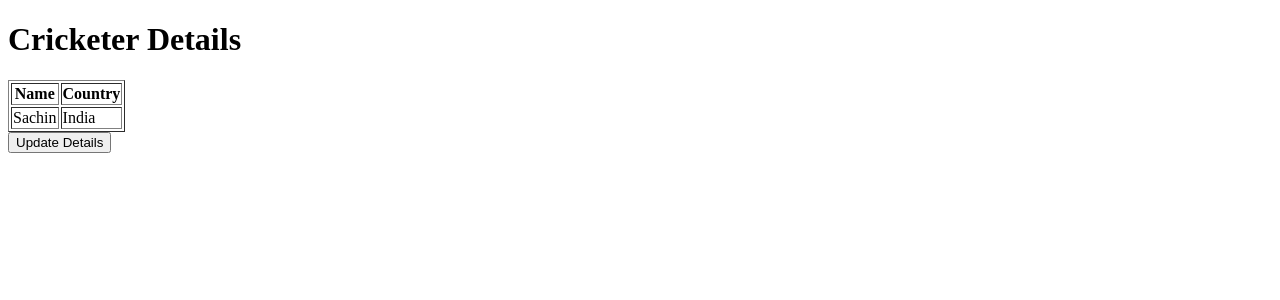
Repository: M-Anusha/Myprojects
Page: ajaxDemo/WebContent/Ajaxjson.html
The author's editor kept a copy of each file at every save. The page is drawn from the files as they stood at one save, then again after the next save.
The browser window is 1280 px wide. The pictures show the whole page.

Above is the page before, as saved 2015-08-17 09:55:33.

### ajaxDemo/WebContent/Ajaxjson.html
<!DOCTYPE html>
<html>
<head>
<meta charset="ISO-8859-1">
<title>Insert title here</title>
</head>
<script type="application/javascript">


function loadJSON()
{
	var data_file="data.json";
	var http_request=new XMLHttpRequest();

	if(window.XMLHttpRequest)	//Request obj creation
	{
		xmlhttp=new XMLHttpRequest();
	}
	else{
		xmlhttp=new ActiveXObject("Microsoft.XMLHTTP");
	}

	xmlhttp.onreadystatechange=function()	//Response obj creation
	{
		if(xmlhttp.readyState==4 && xmlhttp.status==200){
			document.getElementById("t").innerHTML=xmlhttp.responseText;

		}
	}
	http_request.onreadystatechange=function(){
		if(xmlhttp.readyState==4){
			var jsonObj=JSON.parse(http_request.responseText);
			document.getElementbyId("Name").innerHTML=jsonObj.name;
			document.getElementbyId("Country").innerHTML=jsonObj.country;
		}
	}
	xmlhttp.open("GET", data_file, true);
	http_request.send();
	}


</script>
<body>
	<h1>Cricketer Details</h1>
	<table border="1">
		<tr>
			<th>Name</th>
			<th>Country</th>
		</tr>
		<tr>
			<td><div id="Name">Sachin</div></td>
			<td><div id="Country">India</div></td>
		</tr>
	</table>
	<div class="central">
		<button input="button" onclick="loadJSON()">Update Details</button>
	</div>
</body>
</html>

After the next save:
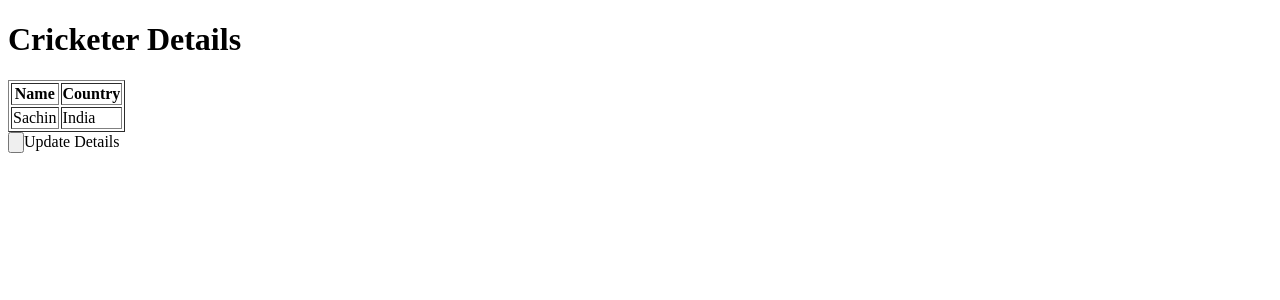
Saved 32 s later.
--- a/ajaxDemo/WebContent/Ajaxjson.html
+++ b/ajaxDemo/WebContent/Ajaxjson.html
@@ -53,7 +53,7 @@
 		</tr>
 	</table>
 	<div class="central">
-		<button input="button" onclick="loadJSON()">Update Details</button>
+		<input type="button" onclick="loadJSON()">Update Details</button>
 	</div>
 </body>
 </html>

After the 2 saves that followed:
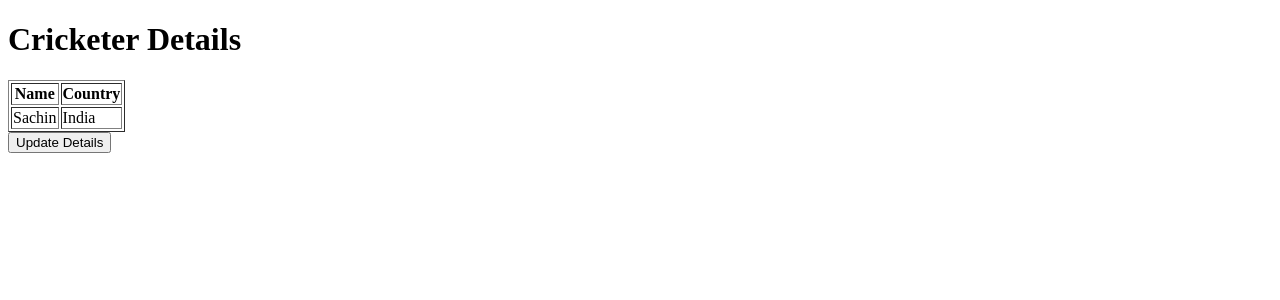
The 2 saves are shown as one change because 1 left the picture as it was.
The last was saved 88 s later.
--- a/ajaxDemo/WebContent/Ajaxjson.html
+++ b/ajaxDemo/WebContent/Ajaxjson.html
@@ -53,7 +53,7 @@
 		</tr>
 	</table>
 	<div class="central">
-		<input type="button" onclick="loadJSON()">Update Details</button>
+		<input type="submit" value="Update Details" onclick="loadJSON()">
 	</div>
 </body>
 </html>
